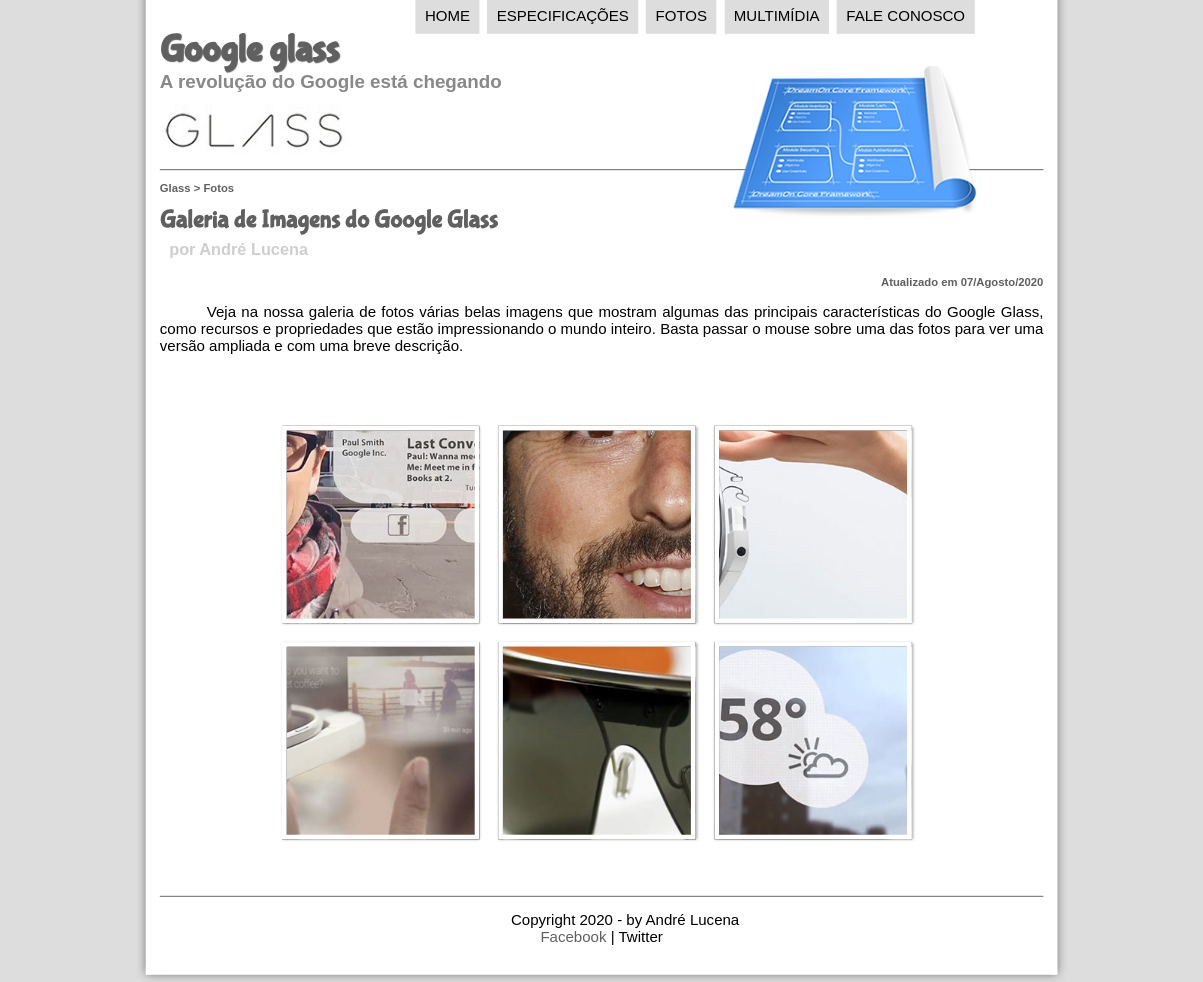
Repository: andre-lucena/Segundo-projeto
Page: fotos.html
These files come from the project's save history. The page is drawn as it stood at one moment and after the next save; the edit follows.
The browser window is 1280 px wide. The pictures show the whole page, at 94% of full size.
Some web fonts or font styles are not loaded; a fallback is used.

Above is the page before, as saved 2020-08-09 00:53:45.

### fotos.html
<!DOCTYPE html>
<html lang="pt-br">

<head>
    <meta charset="UTF-8">
    <meta name="viewport" content="width=device-width, initial-scale=1.0">
    <title>Tudo sobre o Google glass</title>
    <link rel="stylesheet" href="css/estilo.css">
    <link rel="stylesheet" href="css/fotos.css">
</head>
<script lang="javasript" src="javascript/funcoes.js"></script>

<body>
    <div id="interface">
        <header id="cabecalho">
            <hgroup>
                <h1>Google glass</h1>
                <h2>A revolução do Google está chegando</h2>
            </hgroup>
            <img src="imagens/especificacoes.png" alt="Especificações" id="icone">
            <img src="imagens/glass-logo-peq.jpg" alt="Glass" align="left" />

            <nav id="menu">
                <ul>
                    <li onmouseover="mudaFoto('imagens/home.png')" onmouseout="mudaFoto('imagens/especificacoes.png')"><a href="home.html"> Home</a></li>
                    <li onmouseover="mudaFoto('imagens/especificacoes.png')" onmouseout="mudaFoto('imagens/especificacoes.png')"><a href="specs.html"> Especificações</a></li>
                    <li onmouseover="mudaFoto('imagens/fotos.png')" onmouseout="mudaFoto('imagens/especificacoes.png')"><a href="fotos.html"> Fotos</a></li>
                    <li onmouseover="mudaFoto('imagens/multimidia.png')" onmouseout="mudaFoto('imagens/especificacoes.png')"><a href="Multimidia.html"> Multimídia</a></li>
                    <li onmouseover="mudaFoto('imagens/contato.png')" onmouseout="mudaFoto('imagens/especificacoes.png')"> <a href="Fale-conosco.html"> Fale conosco</a></li>
                </ul>
            </nav>
        </header>
        <section id="corpo-full">
            <article id="noticia-principal">
                <header id="cabecalho-artigo">
                    <hgroup>
                        <h3>Glass > Fotos</h3>
                        <h1>Galeria de Imagens do Google Glass</h1>
                        <h2>por André Lucena </h2>
                        <h3 class="direita">Atualizado em 07/Agosto/2020 </h3>

        </section>

        <p>Veja na nossa galeria de fotos várias belas imagens que mostram algumas das principais características do Google Glass, como recursos e propriedades que estão impressionando o mundo inteiro. Basta passar o mouse sobre uma das fotos para ver uma
            versão ampliada e com uma breve descrição.</p>

        <ul id="album-fotos">

            <li id="foto01"><span>Agenda e lembretes</span></li>
            <li id="foto02"><span>Sergey Brin usando o Glass</span></li>
            <li id="foto03"><span>Leve e compacto</span></li>
            <li id="foto04"><span>Sensação de uma tela de 50"</span></li>
            <li id="foto05"><span>Vários tipos de lente</span></li>
            <li id="foto06"><span>Informações importantes</span></li>

        </ul>

        </hgroup>
        </header </article>
        </section>


        <footer id="rodape">
            <p>Copyright 2020 - by André Lucena<br/>

                <a href="https://www.facebook.com/andre.lucena.37" target="_blanks">Facebook</a> | Twitter</p>
        </footer>

</body>

</html>

### css/estilo.css
@charset "UTF-8";
@import url('https://fonts.googleapis.com/css?family= Titillium + Web & display = swap');
@font-face {
    font-family: 'FonteLogo';
    src: url("./fonts/bubblegum-sans-regular.otf");
}

body {
    /* define as configurações do corpo do site */
    font-family: Arial, sans-serif;
    /* define o tipo de letra */
    background-color: #dddddd;
    /* especifica a cor de fundo do elemento */
    color: rgba(0, 0, 0, 1);
    /* define a cor das letras */
}

div#interface {
    width: 940px;
    /* define a largura de um elemento */
    background-color: #ffffff;
    margin: -20px auto 0px auto;
    /* usadas para criar espaço em torno dos elementos, fora de qualquer borda definida */
    box-shadow: 0px 0px 10px rgba(0, 0, 0, .5);
    /* propriedade anexa uma ou mais sombras a um elemento */
    padding: 15px;
    /* usadas para gerar espaço ao redor do conteúdo de um elemento, dentro de quaisquer bordas definidas */
}

p {
    text-align: justify;
    /*Serve para alinha os textos*/
    text-indent: 50px;
    /* Serve para identar os textos*/
}

a {
    color: #606060;
    text-decoration: none;
    /* propriedade especifica a decoração adicionada ao texto e é uma propriedade abreviada para */
}

a:hover {
    text-decoration: underline;
}

header#cabecalho img#icone {
    position: absolute;
    /* A positionpropriedade especifica o tipo de método de posicionamento usado para um elemento.
    Existem cinco valores de posição diferentes: static, relative, fixed, absolute e sticky */
    left: 780px;
    top: 70px;
}

header#cabecalho {
    border-bottom: 1px #606060 solid;
    height: 150px;
    /* propriedade define a altura de um elemento */
    background: url("imagens/glass-logo-peq.jpg") no-repeat 0px 80px;
    /* Defineo a cor de fundo */
}

header#cabecalho h1 {
    font-family: 'FonteLogo', sans-serif;
    font-size: 30pt;
    color: #606060;
    text-shadow: 1px 1px 1px rgba(0, 0, 0, .6);
    /* adiciona sombra ao texto */
    padding: 0pc;
    margin-bottom: 0px;
    /* propriedade define a margem inferior de um elemento */
}

header#cabecalho h2 {
    font-family: 'Titillium Web', sans-serif;
    color: #888888;
    font-size: 15pt;
    padding: 0px;
    margin-top: 0px;
}


/* Formatação de imagens com legendas*/

figure.foto-legenda {
    position: relative;
    border: 8px solid white;
    /* Define a espessura da borda e a cor da borda  */
    box-shadow: 1px 1px 4px black;
}

figure.foto-legenda img {
    width: 100%;
    /* Define a largura */
    height: 50%;
    /* Define a altura */
}

figure.foto-legenda figcaption {
    position: absolute;
    /* tipo de método de posicionamento usado para um elemento.
    Existem cinco valores de posição diferentes */
    top: 0px;
    /*  propriedade afeta a posição vertical de um elemento posicionado */
    background-color: rgba(0, 0, 0, .4);
    color: white;
    width: 100%;
    height: 100%;
    padding: 10px;
    box-sizing: border-box;
    /* propriedade define como a largura e a altura de um elemento são calculadas: elas devem incluir preenchimento e bordas ou não */
    transition: opacity 1s;
    /* As transições CSS permitem que você altere os valores das propriedades suavemente, durante um determinado período. */
    opacity: 0;
    /* Defina o nível de opacidade para um elemento <div> */
}

figure.foto-legenda:hover figcaption {
    opacity: 1;
}


/* Formatação do menu */

nav#menu {
    display: block;
    /* propriedade especifica o comportamento de exibição (o tipo de caixa de renderização) de um elemento. */
}

nav#menu ul {
    list-style: none;
    /* propriedade é uma abreviação para as seguintes propriedades: list-style-type, posição de estilo de lista e list-style-image */
    text-transform: uppercase;
    /*  propriedade controla a capitalização de texto */
    position: absolute;
    top: -20px;
    left: 400px;
}

nav#menu li {
    display: inline-block;
    background-color: #dddddd;
    padding: 10px;
    margin: 2px;
    transition: background-color 1s;
}

nav#menu li:hover {
    background-color: #606060;
}

nav#menu h1 {
    display: none;
}

nav#menu a {
    color: #000000;
    text-decoration: none;
}

nav#menu a:hover {
    color: #ffffff;
    text-decoration: underline;
}

section#corpo {
    display: block;
    width: 580px;
    float: left;
    /* usada para envolver o texto em imagens, usada para posicionar e formatar o conteúdo, por exemplo, deixar uma imagem flutuar à esquerda do texto em um contêiner */
    border-right: 1px solid #606060;
    padding-right: 15px;
}

article#noticia-principal h2 {
    font-size: 13pt;
    color: #606060;
    background-color: #dddddd;
    padding: 5px 0px 5px 10px;
    margin: 10px 0px 10px 0px;
}

header#cabecalho-artigo h1 {
    font-family: 'FonteLogo', sans-serif;
    font-size: 20pt;
    color: #606060;
    margin-bottom: 0px;
    margin-top: 0px;
}

.direita {
    text-align: right;
}

header#cabecalho-artigo h2 {
    font-size: 13pt;
    color: #cecece;
    background-color: #ffffff;
    margin: 0px;
}

header#cabecalho-artigo h3 {
    font-size: 12px;
    color: #606060;
}

table#tabelaspec {
    border: 1px solid #606060;
    border-spacing: 0px;
    margin-left: auto;
    margin-right: auto;
}

table#tabelaspec td {
    border: 1px solid #606060;
    padding: 10px;
    text-align: center;
}

table#tabelaspec td.ce {
    color: #ffffff;
    background-color: #606060;
    vertical-align: top;
    text-align: right;
}

table#tabelaspec td.cd {
    color: #000000;
    background-color: #cecece;
    text-align: left;
}

table#tabelaspec caption {
    color: #888888;
    font-size: 13pt;
    font-weight: bolder;
}

table#tabelaspec caption span {
    display: block;
    float: right;
    color: #000000;
    font-size: 8pt;
    margin-top: 10px;
}

aside#lateral {
    display: block;
    width: 310px;
    float: right;
    background-color: #dddddd;
    padding: 10px;
    margin-top: 10px;
    box-shadow: 1px 1px 1px rgba(0, 0, 0, .5);
}

aside#lateral h1 {
    font-family: 'FonteLogo', sans-serif;
    font-size: 20pt;
    color: #606060;
    margin-top: 0px;
}

aside#lateral h2 {
    background-color: #606060;
    font-size: 13pt;
    color: #ffffff;
    padding: 5px;
}

footer#rodape {
    clear: both;
    border-top: 1px #606060 solid;
}

footer#rodape p {
    text-align: center;
}

div#sports video {
    display: block;
    width: 300px;
    float: center;
}

div#sports01 video {
    display: block;
    width: 480px;
    float: center;
    border-bottom: 1px;
    margin-bottom: 8px;
}

### css/fotos.css
@charset "UTF-8";
ul#album-fotos {
    width: 700px;
    margin: 0 auto;
    padding: 50px;
    overflow: hidden;
    list-style: none;
}

ul#album-fotos li span {
    opacity: 0;
    color: #ffffff;
    text-shadow: 1px 1px 1px #000000;
    font-size: 9pt;
    background-color: rgba(0, 0, 0, .3);
    line-height: 370px;
    padding: 5px;
}

ul#album-fotos li:hover {
    -webkit-transform: scale(1.5);
}

ul#album-fotos li:hover span {
    opacity: 1;
}

ul#album-fotos li {
    float: left;
    width: 200px;
    height: 200px;
    margin: 10px;
    border: 5px solid #ffffff;
    background-color: #ffffff;
    box-shadow: 1px 1px 3px rgba(0, 0, 0, .4);
    -webkit-transition: all 0.4s ease-in;
}

ul#album-fotos li#foto01 {
    background: url("../imagens/galeria-01.jpg") no-repeat;
    background-position: 50% 50%;
    background-size: 400px 400px;
    background-color: #000000;
}

ul#album-fotos li#foto01:hover {
    background-position: 0px 0px;
    background-size: 200px 200px;
}

ul#album-fotos li#foto02 {
    background: url("../imagens/galeria-02.jpg") no-repeat;
    background-position: 50% 50%;
    background-size: 400px 400px;
    background-color: #000000;
}

ul#album-fotos li#foto02:hover {
    background-position: 0px 0px;
    background-size: 200px 200px;
}

ul#album-fotos li#foto03 {
    background: url("../imagens/galeria-03.jpg") no-repeat;
    background-position: 50% 50%;
    background-size: 400px 400px;
    background-color: #000000;
}

ul#album-fotos li#foto03:hover {
    background-position: 0px 0px;
    background-size: 200px 200px;
}

ul#album-fotos li#foto04 {
    background: url("../imagens/galeria-04.jpg") no-repeat;
    background-position: 50% 50%;
    background-size: 400px 400px;
    background-color: #000000;
}

ul#album-fotos li#foto004:hover {
    background-position: 0px 0px;
    background-size: 200px 200px;
}

ul#album-fotos li#foto05 {
    background: url("../imagens/galeria-05.jpg") no-repeat;
    background-position: 50% 50%;
    background-size: 400px 400px;
    background-color: #000000;
}

ul#album-fotos li#foto05:hover {
    background-position: 0px 0px;
    background-size: 200px 200px;
}

ul#album-fotos li#foto06 {
    background: url("../imagens/galeria-06.jpg") no-repeat;
    background-position: 50% 50%;
    background-size: 400px 400px;
    background-color: #000000;
}

ul#album-fotos li#foto06:hover {
    background-position: 0px 0px;
    background-size: 200px 200px;
}

Loaded but not shown: javascript/funcoes.js (common file)

After the next save:
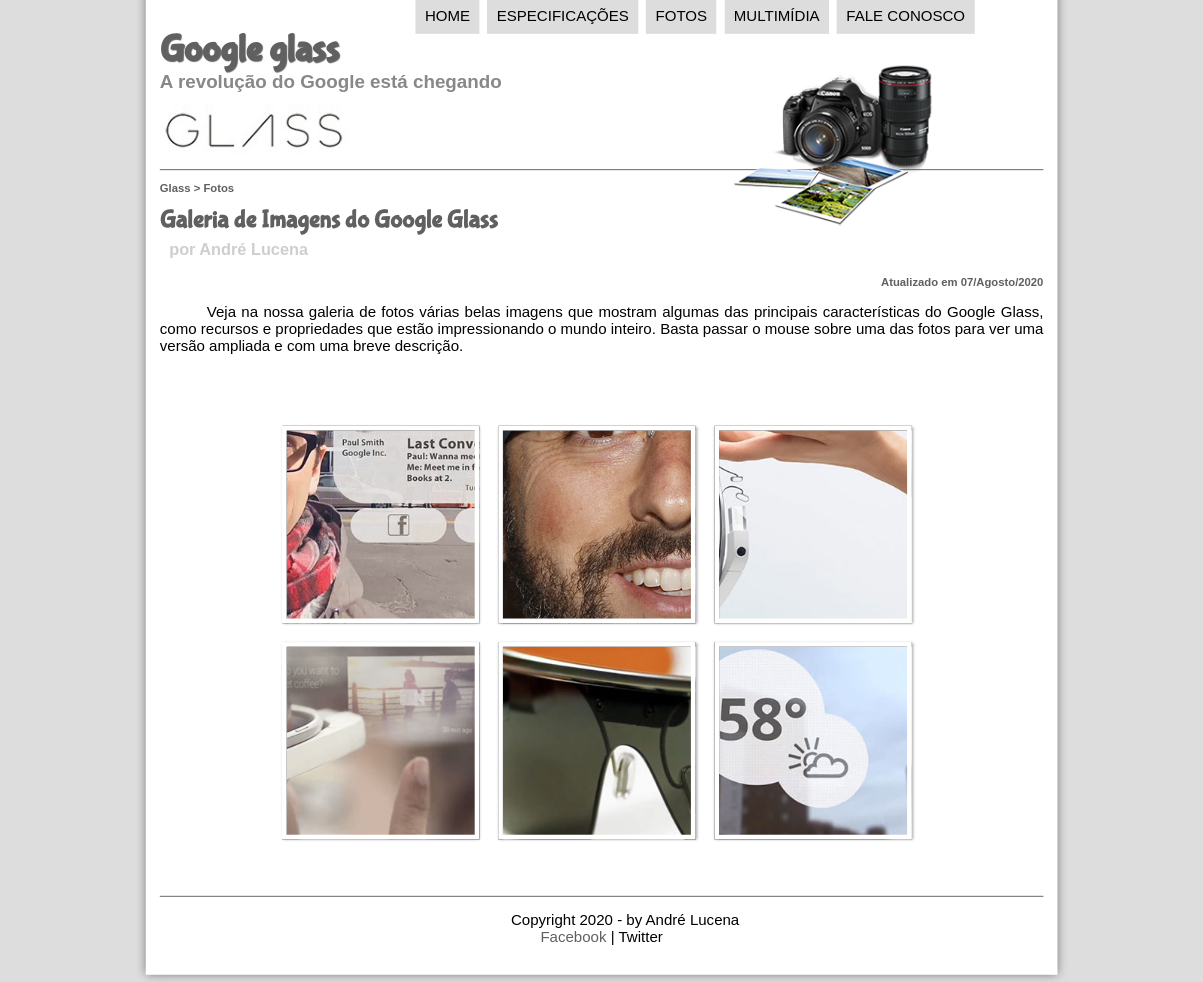
Saved 64 s later.
--- a/fotos.html
+++ b/fotos.html
@@ -17,7 +17,7 @@
                 <h1>Google glass</h1>
                 <h2>A revolução do Google está chegando</h2>
             </hgroup>
-            <img src="imagens/especificacoes.png" alt="Especificações" id="icone">
+            <img src="imagens/fotos.png" alt="Fotos" id="icone">
             <img src="imagens/glass-logo-peq.jpg" alt="Glass" align="left" />
 
             <nav id="menu">
